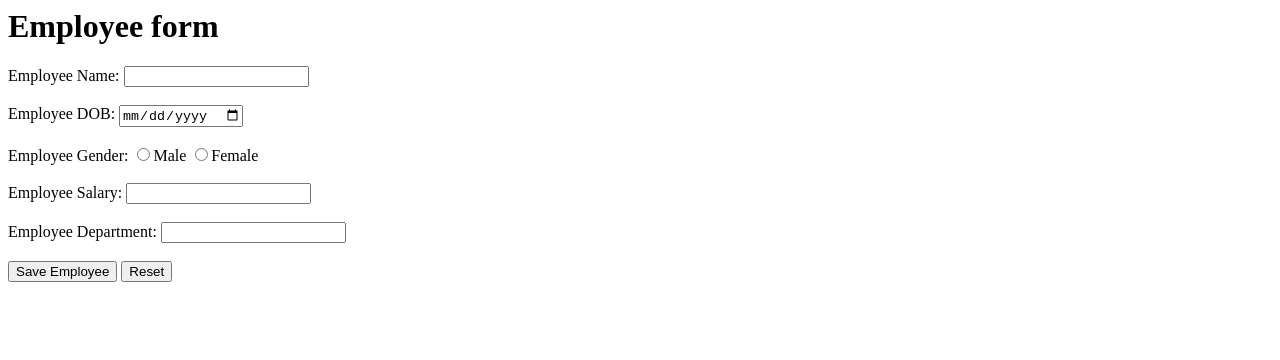
Repository: satwikadivi/Software-examples
Page: http://localhost/add-employee
An editor plug-in stored every save of this project. The page is shown before and after the next save, followed by the edit.
The browser window is 1280 px wide. The pictures show the whole page.
The page is this project's Thymeleaf template; nobody is signed in. The template is opened directly, without the code that normally fills it, so the values that code supplies are empty.

Above is the page before, as saved 2024-12-22 07:37:35.

After the next save:
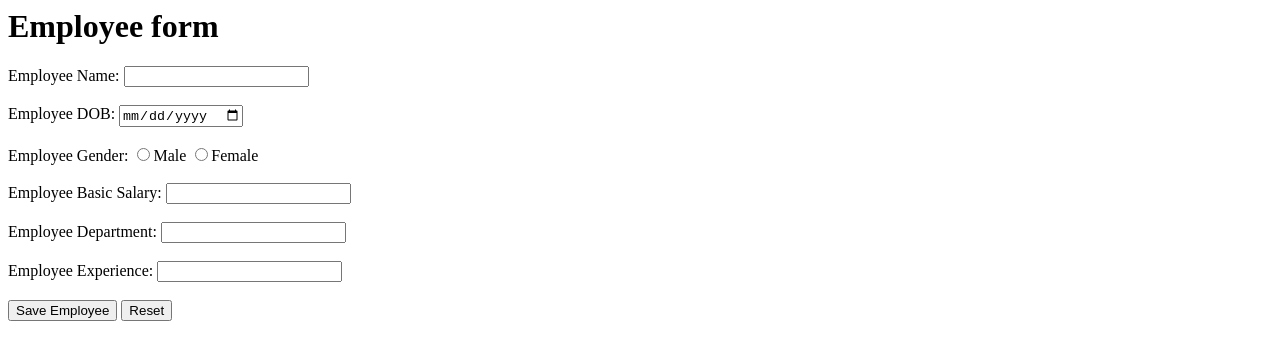
Saved 67 min 6 s later.
--- a/SpringBootMvcProject-2/src/main/resources/templates/add-employee.html
+++ b/SpringBootMvcProject-2/src/main/resources/templates/add-employee.html
@@ -16,11 +16,14 @@
 			<input type="radio" id="gender" name="gender" value="Female"required>Female
 			<br><br>
 
-			<label for="empSalary">Employee Salary:</label>
-			<input type="number" id="empSalary" name="empSalary" required><br><br>
+			<label for="empBasicSalary">Employee Basic Salary:</label>
+			<input type="number" id="empBasicSalary" name="empBasicSalary" required><br><br>
 
 			<label for="department">Employee Department:</label>
 			<input type="text" id="department" name="department" required><br><br>
+
+			<label for="experience">Employee Experience:</label>
+			<input type="number" id="experience" name="experience" required><br><br>
 
 			<button type="submit">Save Employee</button>
 			<button type="reset">Reset</button>
